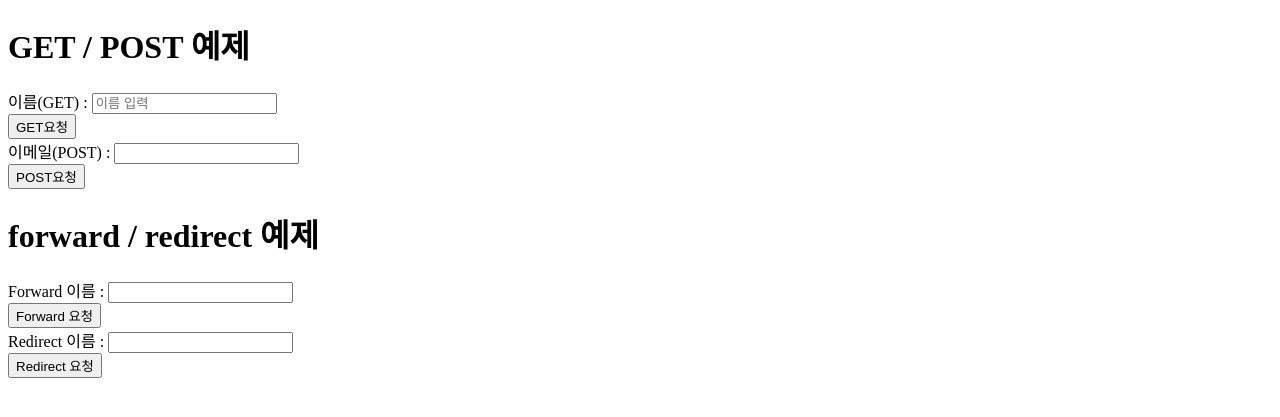
Repository: Kimth520/JSP-study
Page: http://localhost/day02/
An editor plug-in stored every save of this project. The page is shown before and after the next save, followed by the edit.
The browser window is 1280 px wide. The pictures show the whole page.
The page is served by Tomcat 9.

Above is the page before, as saved 2025-01-13 07:25:56.

After the next save:
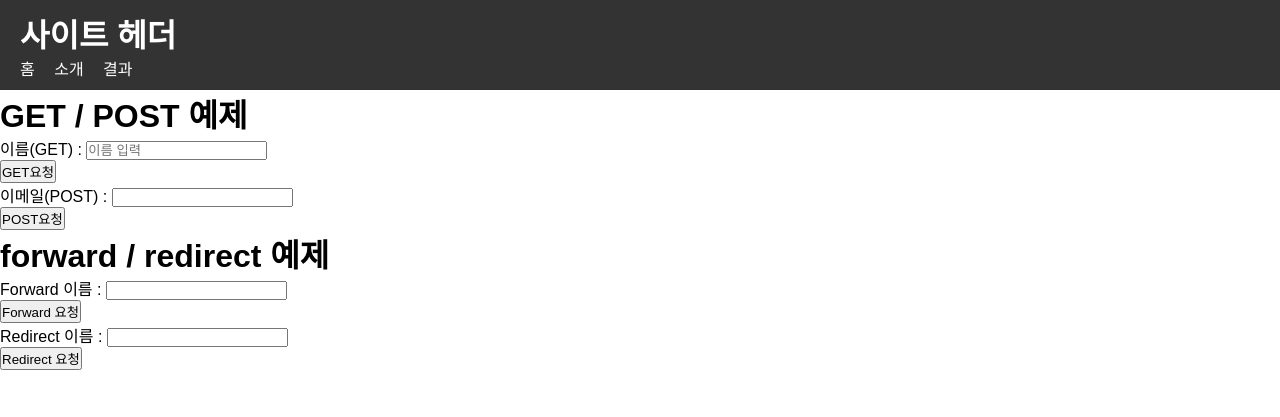
Saved 73 s later.
--- a/workspace/day02/src/main/webapp/index.jsp
+++ b/workspace/day02/src/main/webapp/index.jsp
@@ -7,6 +7,7 @@
 <title>Insert title here</title>
 </head>
 <body>
+	<jsp:include page="header.jsp"></jsp:include>
    <h1>GET / POST 예제</h1>
    <form action="handler" method="get">
       <label for="name">이름(GET) : </label>

After the 4 saves that followed:
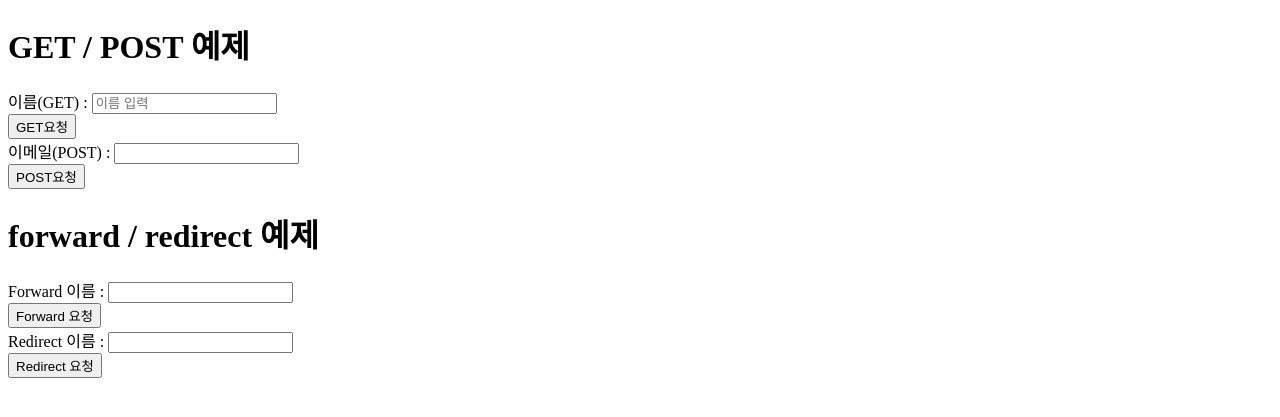
The 4 saves are shown as one change because 3 did not build or start.
The last was saved 2 min 43 s later.
--- a/workspace/day02/src/main/webapp/index.jsp
+++ b/workspace/day02/src/main/webapp/index.jsp
@@ -1,5 +1,5 @@
 <%@ page language="java" contentType="text/html; charset=UTF-8"
-    pageEncoding="UTF-8"%>
+	pageEncoding="UTF-8"%>
 <!DOCTYPE html>
 <html>
 <head>
@@ -7,32 +7,34 @@
 <title>Insert title here</title>
 </head>
 <body>
-	<jsp:include page="header.jsp"></jsp:include>
-   <h1>GET / POST 예제</h1>
-   <form action="handler" method="get">
-      <label for="name">이름(GET) : </label>
-      <input type="text" id="name" name="userName" placeholder="이름 입력"><br>
-      <button type="submit">GET요청</button>
-   </form>
 
-   <form action="handler" method="post">
-      <label for="email">이메일(POST) : </label>
-      <input type="email" id="email" name="email"><br>
-      <button type="submit">POST요청</button>
-   </form>
+	<h1>GET / POST 예제</h1>
+	<form action="handler" method="get">
+		<label for="name">이름(GET) : </label> <input type="text" id="name"
+			name="userName" placeholder="이름 입력"><br>
+		<button type="submit">GET요청</button>
+	</form>
 
-   <h1>forward / redirect 예제</h1>
-   <form action="forwardHandler" method="post">
-      <label for="forwardName">Forward 이름 : </label>
-      <input type="text" id="forwardName" name="forwardName"><br>
-      <button type="submit">Forward 요청</button>
-   </form>
+	<form action="handler" method="post">
+		<label for="email">이메일(POST) : </label> <input type="email" id="email"
+			name="email"><br>
+		<button type="submit">POST요청</button>
+	</form>
 
-   <form action="redirectHandler" method="post">
-      <label for="redirectName">Redirect 이름 : </label>
-      <input type="text" id="redirectName" name="redirectName"><br>
-      <button type="submit">Redirect 요청</button>
-   </form>
+	<h1>forward / redirect 예제</h1>
+	<form action="forwardHandler" method="post">
+		<label for="forwardName">Forward 이름 : </label> <input type="text"
+			id="forwardName" name="forwardName"><br>
+		<button type="submit">Forward 요청</button>
+	</form>
+
+	<form action="redirectHandler" method="post">
+		<label for="redirectName">Redirect 이름 : </label> <input type="text"
+			id="redirectName" name="redirectName"><br>
+		<button type="submit">Redirect 요청</button>
+	</form>
 
 </body>
+
+
 </html>
